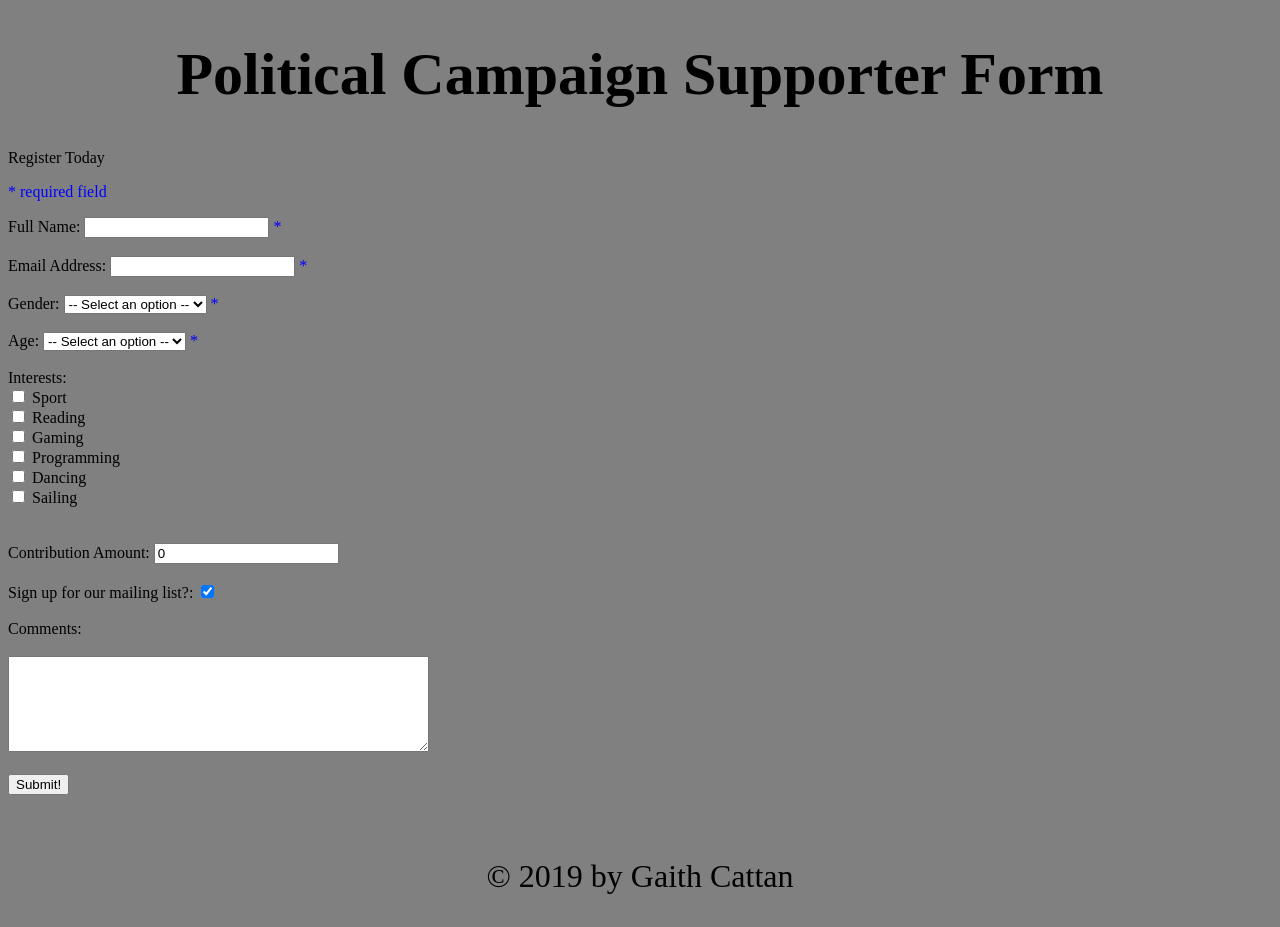
Repository: GaithCattan/COSW30
Page: labwork/lab2/contact.html
The author's editor kept a record of every edit. The page is drawn from the files as they stood at one moment, then again after the next edit.
The browser window is 1280 px wide. The pictures show the whole page.

Above is the page before.

After the next edit:
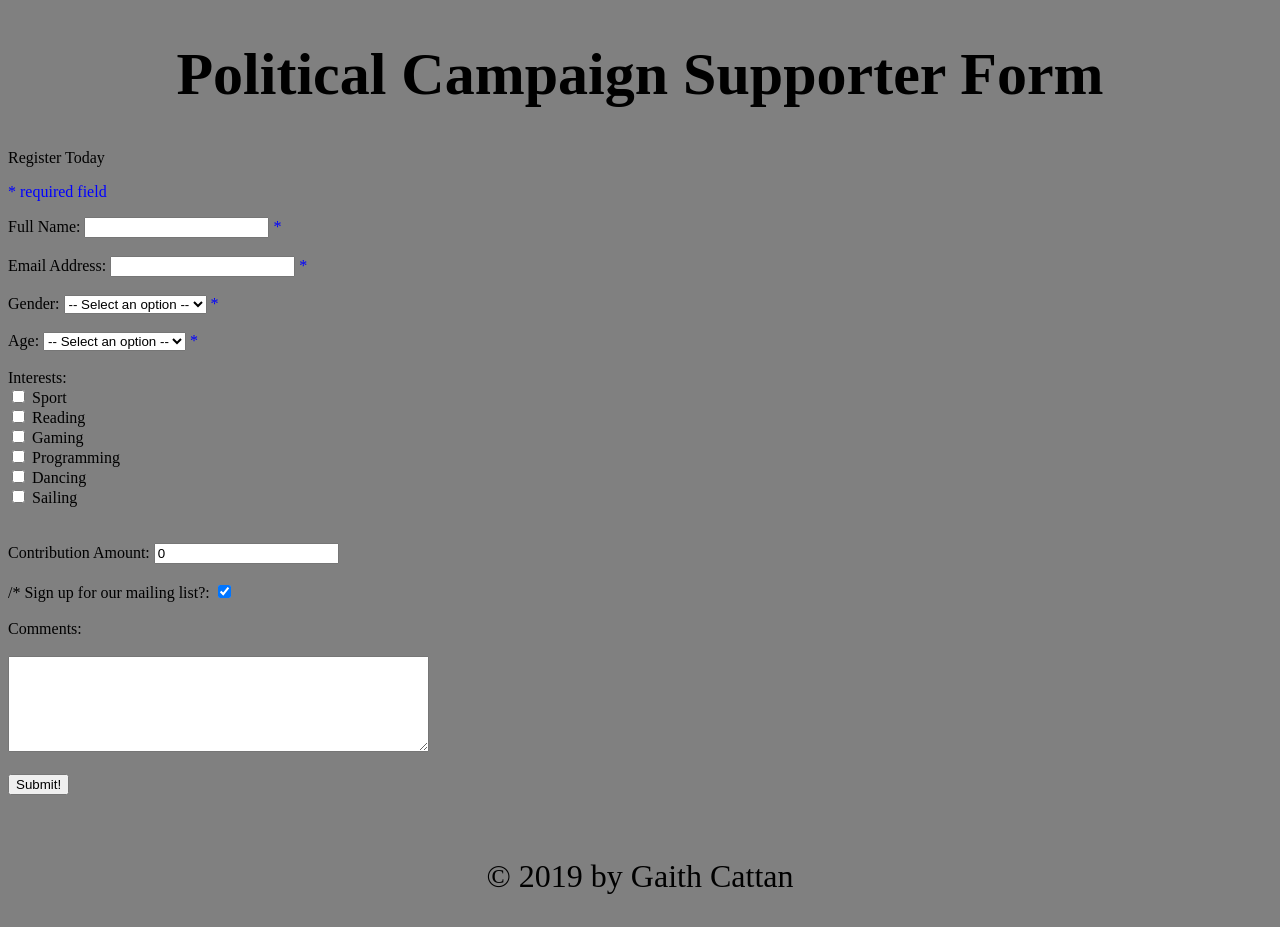
The edit:
--- a/labwork/lab2/contact.html
+++ b/labwork/lab2/contact.html
@@ -67,8 +67,7 @@
              <input type="number" id="contribution_amount" name="contribution_amount" value="0">
              <br><br>
 
-
-
+/*
 
              <lable for="mailing_list">Sign up for our mailing list?: </lable>
              <input type="checkbox" name="mailing_list" value="yes" checked>
